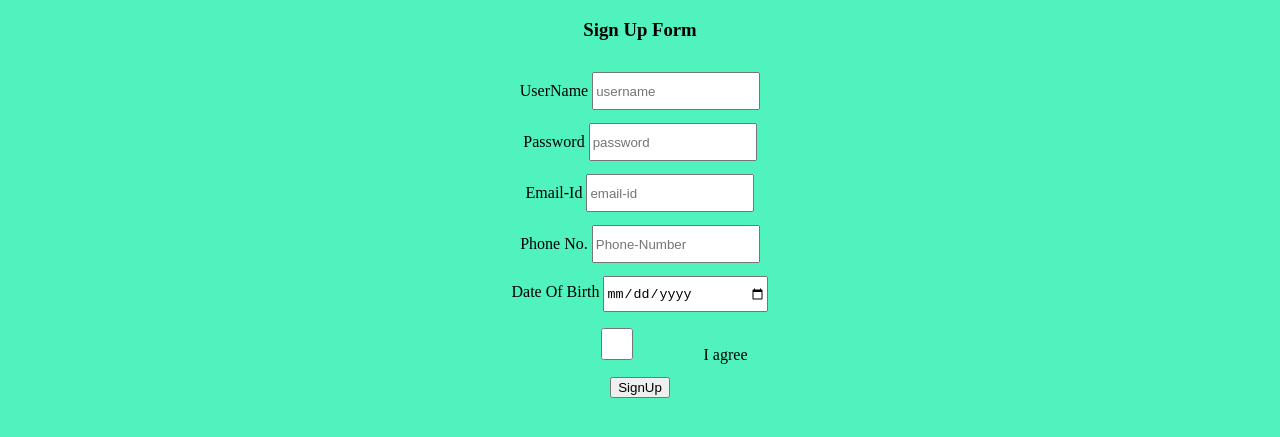
Repository: nir-github01/Html
Page: assign1-signup.html
The author's editor kept a copy of each file at every save. The page is drawn from the files as they stood at one save, then again after the next save.
The browser window is 1280 px wide. The pictures show the whole page.

Above is the page before, as saved 2022-09-28 20:22:58.

### assign1-signup.html
<!DOCTYPE html>
<html lang="en">
<head>
    <meta charset="UTF-8">
    <meta http-equiv="X-UA-Compatible" content="IE=edge">
    <meta name="viewport" content="width=device-width, initial-scale=1.0">
    <title>sign-up form</title>
    <style>
        body{
            background-color: rgb(80, 243, 189);
            text-align: center;
        }
        .signup-div{
            padding: 5px;
            margin: 3px;
        }
        .username{
            padding: 5px;
            margin: 3px;
        }
        .password{
            padding: 5px;
            margin: 3px;
        }
        .email-input{
            padding: 5px;
            margin: 3px;
        }
        .phone-input{
            padding: 5px;
            margin: 3px;
        }
        .date-input{
            padding: 5px;
            margin: 3px;
        }
        .check-input{
            padding: 5px;
            margin: 3px;
        }
        .button-input{
            padding: 5px;
            margin: 3px;
        }
        input{
            width: 10rem;
            height: 2rem;
        }
    </style>
</head>
<body>
    <div>
        <h3>Sign Up Form </h3>
        <div class="signup-div">
            <form>
                <div class="username">
                    <label>UserName</label>
                    <input type="text" value="" placeholder="username">
                </div>
                <div class="password">
                    <label>Password</label>
                    <input type="number" value="" placeholder="password">
                </div>
                <div class="email-input">
                    <label>Email-Id</label>
                    <input type="email" value="" placeholder="email-id">
                </div>
                <div class="phone-input">
                    <label>Phone No.</label>
                    <input type="number" value="" placeholder="Phone-Number">
                </div>
                <div class="date-input">
                    <label>Date Of Birth</label>
                    <input type="date" value="" placeholder="Date of Birth">
                </div>
                <div class="check-input">

                    <input type="checkbox" value="" name="agree">
                    <label>I agree </label>
                </div>
                <div class="button-input">
                    <button>SignUp</button>
                </div>
            </form>
        </div>
    </div>
</body>
</html>

After the next save:
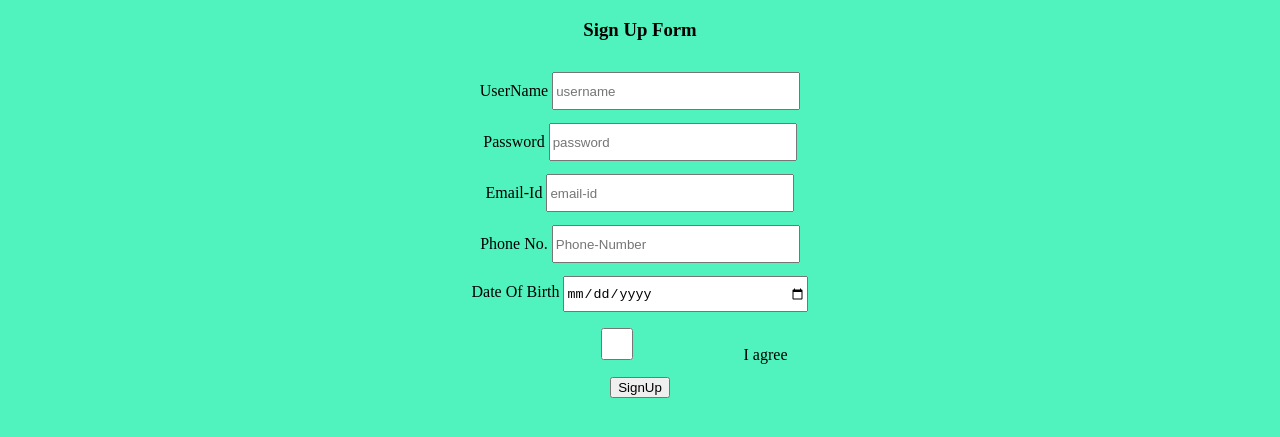
Saved 13 s later.
--- a/assign1-signup.html
+++ b/assign1-signup.html
@@ -43,7 +43,7 @@
             margin: 3px;
         }
         input{
-            width: 10rem;
+            width: 15rem;
             height: 2rem;
         }
     </style>
